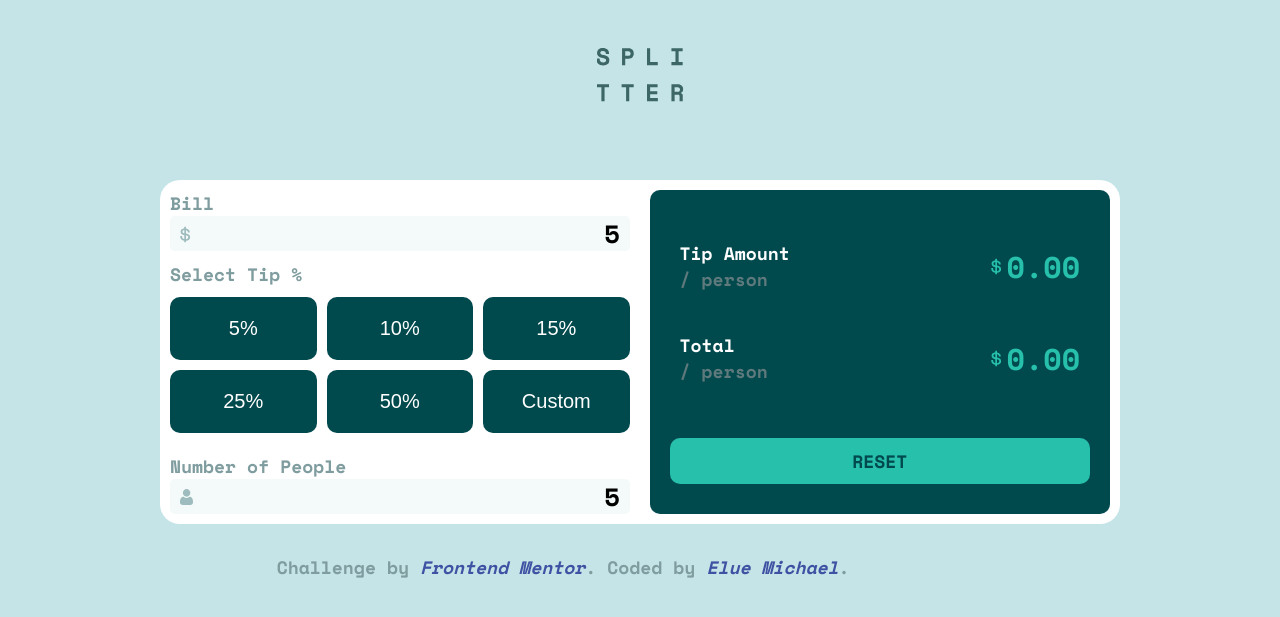
Repository: MeekyBerry/Frontend-Mentor-Challenges
Page: tip-calculator-app/index.html
The author's editor kept a copy of each file at every save. The page is drawn from the files as they stood at one save, then again after the next save.
The browser window is 1280 px wide. The pictures show the whole page.
Empty fields were first filled with sample values (such as "Sample", 5 or name@example.com).
After loading, the first visible `#bill` was changed once.

Above is the page before, as saved 2023-03-28 06:10:37.

### tip-calculator-app/index.html
<!DOCTYPE html>
<html lang="en">

<head>
  <meta charset="UTF-8">
  <meta name="viewport" content="width=device-width, initial-scale=1.0">
  <link rel="icon" type="image/png" sizes="32x32" href="./css/images/favicon-32x32.png">
  <title> Tip calculator app</title>
  <link rel="stylesheet" href="./css/style.css">
  <script src="./script.js" defer></script>
</head>

<body>
  <div class="heading-logo">
    <img src="./css/images/logo.svg" alt="Logo" class="logo">
  </div>

  <form id="form" class="background">
    <div class="first-container">
      <div class="bill-container">
        <label for="bill">Bill</label>
        <input type="number" id="bill" placeholder="0" class="bill-input__img input-bar">
      </div>

      <div class="tip">
        <div>Select Tip %</div>
        <div class="percent-container">
          <button type="button" class="percent five">5%</button>
          <button type="button" class="percent ten">10%</button>
          <button type="button" class="percent fiftheen">15%</button>
          <button type="button" class="percent twenty-five">25%</button>
          <button type="button" class="percent fifty">50%</button>
          <button type="button" class="percent custom" id="cst-btn">Custom</button>
        </div>
      </div <div>
        <div class="people-validate">
      <label for="number">Number of People</label>
      <span id="validate" class="people-zero">Can't be zero</span>
        </div>
      <div class="icon-box">
        <input type="number" id="people" class="people-input__img input-bar" placeholder="0">
      </div>
    </div>
    </div>

    <div class="second-container">
      <div class="amount">
        <p>Tip Amount <span class="person">/ person</span></p>
        <div class="digit">
          <svg xmlns="http://www.w3.org/2000/svg" width="11" height="17">
            <path fill="var(--Strong-cyan)"
              d="M6.016 16.328v-1.464c1.232-.08 2.22-.444 2.964-1.092.744-.648 1.116-1.508 1.116-2.58v-.144c0-.992-.348-1.772-1.044-2.34-.696-.568-1.708-.932-3.036-1.092V4.184c.56.144 1.012.4 1.356.768.344.368.516.816.516 1.344v.288h1.824v-.432c0-.448-.088-.876-.264-1.284a3.783 3.783 0 00-.744-1.116A4.251 4.251 0 007.54 2.9a5.324 5.324 0 00-1.524-.492V.872H4.288V2.36a5.532 5.532 0 00-1.416.324c-.448.168-.84.392-1.176.672-.336.28-.604.616-.804 1.008-.2.392-.3.844-.3 1.356v.144c0 .96.316 1.708.948 2.244.632.536 1.548.884 2.748 1.044v3.912c-.704-.16-1.248-.472-1.632-.936-.384-.464-.576-1.08-.576-1.848v-.288H.256v.576c0 .464.08.924.24 1.38.16.456.404.88.732 1.272.328.392.744.728 1.248 1.008s1.108.476 1.812.588v1.512h1.728zM4.288 7.424c-.688-.128-1.164-.332-1.428-.612-.264-.28-.396-.644-.396-1.092 0-.464.176-.832.528-1.104.352-.272.784-.448 1.296-.528v3.336zm1.728 5.712V9.344c.768.128 1.328.328 1.68.6.352.272.528.688.528 1.248 0 .544-.196.984-.588 1.32-.392.336-.932.544-1.62.624z" />
          </svg>
          <span id="tip-amount" class="amount-span">0.00</span>
        </div>
      </div>

      <div class="amount">
        <p>Total <span class="person">/ person</span></p>
        <div class="digit">
          <svg xmlns="http://www.w3.org/2000/svg" width="11" height="17">
            <path fill="var(--Strong-cyan)"
              d="M6.016 16.328v-1.464c1.232-.08 2.22-.444 2.964-1.092.744-.648 1.116-1.508 1.116-2.58v-.144c0-.992-.348-1.772-1.044-2.34-.696-.568-1.708-.932-3.036-1.092V4.184c.56.144 1.012.4 1.356.768.344.368.516.816.516 1.344v.288h1.824v-.432c0-.448-.088-.876-.264-1.284a3.783 3.783 0 00-.744-1.116A4.251 4.251 0 007.54 2.9a5.324 5.324 0 00-1.524-.492V.872H4.288V2.36a5.532 5.532 0 00-1.416.324c-.448.168-.84.392-1.176.672-.336.28-.604.616-.804 1.008-.2.392-.3.844-.3 1.356v.144c0 .96.316 1.708.948 2.244.632.536 1.548.884 2.748 1.044v3.912c-.704-.16-1.248-.472-1.632-.936-.384-.464-.576-1.08-.576-1.848v-.288H.256v.576c0 .464.08.924.24 1.38.16.456.404.88.732 1.272.328.392.744.728 1.248 1.008s1.108.476 1.812.588v1.512h1.728zM4.288 7.424c-.688-.128-1.164-.332-1.428-.612-.264-.28-.396-.644-.396-1.092 0-.464.176-.832.528-1.104.352-.272.784-.448 1.296-.528v3.336zm1.728 5.712V9.344c.768.128 1.328.328 1.68.6.352.272.528.688.528 1.248 0 .544-.196.984-.588 1.32-.392.336-.932.544-1.62.624z" />
          </svg>
          <span id="total-amount" class="amount-span">0.00</span>
        </div>
      </div>
      <div class="btn-wrapper">
        <button type="reset" id="reset" class="btn">Reset</button>
      </div>
    </div>
  </form>

  <div class="attribution">
    Challenge by <a href="https://www.frontendmentor.io?ref=challenge" target="_blank">Frontend Mentor</a>.
    Coded by <a href="https://www.frontendmentor.io/profile/MeekyBerry" target="_blank">Elue Michael</a>.
  </div>
</body>

</html>

### tip-calculator-app/css/style.css
@import url("https://fonts.googleapis.com/css2?family=Space+Mono:wght@400;700&display=swap");

:root {
  /* ### Primary */
  --Strong-cyan: hsl(172, 67%, 45%);
  /* ### Neutral */
  --Very-dark-cyan: hsl(183, 100%, 15%);
  --Dark-grayish-cyan: hsl(186, 14%, 43%);
  --Grayish-cyan: hsl(184, 14%, 56%);
  --Light-grayish-cyan: hsl(185, 41%, 84%);
  --Very-light-grayish-cyan: hsl(189, 41%, 97%);
  --White: hsl(0, 0%, 100%);
  --dark-blue: hsl(228, 45%, 44%);
}

html {
  font-size: 50%;
}

*,
::before,
::after {
  margin: 0;
  padding: 0;
  box-sizing: border-box;
}

body {
  font-size: 1.8rem;
  font-family: "Space Mono", sans-serif;
  font-weight: 700;
  background-color: var(--Light-grayish-cyan);
  color: var(--Grayish-cyan);
  height: 100%;
  width: 100%;
}

.heading-logo {
  height: 15rem;
  width: 100%;
  position: relative;
}

.logo {
  position: absolute;
  top: 50%;
  left: 50%;
  transform: translate(-50%, -50%);
}

.background {
  display: flex;
  flex-direction: column;
  justify-content: space-around;
  background-color: var(--White);
  height: 80rem;
  width: 90%;
  border-radius: 2rem;
  padding: 0 2rem;
  margin: 0 auto;
}

.people-validate {
  display: flex;
  justify-content: space-between;
  align-items: center;
}

.people-zero {
  color: red;
  font-size: 1.5rem;
  font-weight: 400;
  display: none;
}

label {
  display: block;
}

.input-bar {
  display: flex;
  justify-content: space-between;
  align-items: center;
  width: 100%;
  height: 3.5rem;
  border: none;
  border-radius: .5rem;
  font-size: 2.5rem;
  font-family: "Space Mono", sans-serif;
  font-weight: 700;
  text-align: end;
  padding: 0 1rem 0 3rem;
}

.input-bar:focus {
  outline-color: var(--Strong-cyan);
}

.bill-input__img {
  background: url(../css/images/icon-dollar.svg) no-repeat var(--Very-light-grayish-cyan) 1rem 1rem;
  padding: 0 1rem 0 3rem;
}

.people-input__img {
  background: url(../css/images/icon-person.svg) no-repeat var(--Very-light-grayish-cyan) 1rem 1rem;
  padding: 0 1rem 0 3rem;
}

/* Remove Arrows/Spinners ON INPUT */
input::-webkit-outer-spin-button,
input::-webkit-inner-spin-button {
  -webkit-appearance: none;
}

/* Firefox */
input[type="number"] {
  -moz-appearance: textfield;
}

.tip {
  padding: 1rem 0;
}

.percent-container {
  display: grid;
  grid-template-columns: repeat(2, 1fr);
  grid-template-rows: repeat(3, 1fr);
  grid-template-areas:
    "five ten"
    "fiftheen twentyFive"
    "fifty custom";
  gap: 1rem;
  padding: 1rem 0;
}

.percent {
  background-color: var(--Very-dark-cyan);
  color: var(--White);
  text-align: center;
  padding: 2rem;
  border-radius: 1rem;
  border: none;
  font-size: 2rem;
  width: 100%;
}

.percent:active {
  background-color: var(--Strong-cyan);
  color: var(--Very-dark-cyan);
  font-weight: 700;
}

.five {
  grid-area: five;
}

.ten {
  grid-area: ten;
}

.fiftheen {
  grid-area: fiftheen;
}

.twenty-five {
  grid-area: twentyFive;
}

.fifty {
  grid-area: fifty;
}

.custom {
  grid-area: custom;
}

.custom-input {
  background-color: var(--Very-light-grayish-cyan);
  color: var(--Very-dark-cyan);
  border: none;
  border-radius: 1rem;
  padding: 0 2rem;
  font-size: 2rem;
  font-weight: 700;
  text-align: end;
  width: 100%;
  height: 100%;
}

.custom-input:focus {
  outline-color: var(--Strong-cyan);
}

.second-container {
  background-color: var(--Very-dark-cyan);
  border-radius: 1rem;
  padding: 3rem 2rem;
}

.amount {
  display: flex;
  justify-content: space-between;
  padding: 2rem 1rem;
}

p {
  color: var(--White);
}

.person {
  display: block;
  font-size: 1.8rem;
  color: var(--Dark-grayish-cyan);
}

.digit {
  display: flex;
  align-items: center;
  justify-content: center;
  gap: .5rem;
}

.amount-span {
  font-size: 3rem;
  color: var(--Strong-cyan);
}

.btn {
  width: 100%;
  padding: 1rem;
  background-color: var(--Dark-grayish-cyan);
  color: var(--Very-dark-cyan);
  border: none;
  border-radius: 1rem;
  text-transform: uppercase;
  font-size: 1.8rem;
  font-weight: 700;
  font-family: "Space Mono", sans-serif;
  -webkit-border-radius: 1rem;
  -moz-border-radius: 1rem;
  -ms-border-radius: 1rem;
  -o-border-radius: 1rem;
}

.attribution {
  font-size: 1.8rem;
  text-align: center;
  width: 88%;
}

.attribution a {
  color: var(--dark-blue);
  text-decoration: none;
  font-style: italic;
}

@media only screen and (min-width: 1000px) {
  html {
    font-size: 62.5%;
  }

  .background {
    width: 75%;
    height: 75%;
    margin: 3rem auto;
    flex-direction: row;
    gap: 2rem;
    padding: 1rem;
  }

  .first-container {
    display: flex;
    flex-direction: column;
    justify-content: space-around;
    width: 50%;
  }

  .percent-container {
    grid-template-columns: repeat(3, 1fr);
    grid-template-rows: repeat(2, 1fr);
    grid-template-areas:
      "five ten fiftheen"
      "twentyFive fifty custom";
  }

  .second-container {
    display: flex;
    flex-direction: column;
    width: 50%;
  }

  .btn-wrapper {
    margin-top: auto;
  }
}

### tip-calculator-app/script.js
// 1. Get the bill amount from the input field
const billInput = document.getElementById('bill');
// 2. Get the tip percentage from the Button array
const tipButtons = document.querySelectorAll('.percent');
// 2.1. The percentage array contains a Custom button which toggles to input field when clicked
const customButton = document.querySelector('.custom');
// 2.2. Get the custom percentage from the input field
const customInput = document.createElement('input');
// Add style class to created customInput element
customInput.classList.add('custom-input');
// 3. Get the number of people from the input field
const peopleInput = document.getElementById('people')
// 4. Calculate the tip amount per person;
const tipAmountSpan = document.getElementById('tip-amount');
// 5. Calculate the total cost per person
const totalAmountSpan = document.getElementById('total-amount');
// 6. Display the tip amount per person
const resetButton = document.getElementById('reset');
const validatePeople = document.getElementById('validate');
const resetBtn = document.querySelector('.btn');


let bill = 0;
let tipPercentage = 0;
let customPercentage = 0;
let people = 0;

let inputPeople = false;
let error = true;

billInput.addEventListener('input', () => {
    bill = Number(billInput.value);
    calculateTip();
    disableReset();
});


peopleInput.addEventListener('input', () => {
    if (peopleInput.value === '0') {
        validatePeople.style.display = "block"
        peopleInput.style.outlineColor = "red"
    }
    people = Number(peopleInput.value);
    calculateTip();
    disableReset();
});

// add event listeners for tip buttons
tipButtons.forEach(button => {
    button.addEventListener('click', () => {
        if (button.classList.contains('custom')) {
            customInput.type = 'number';
            customInput.min = 1;
            customInput.value = '';
            customInput.classList.add('custom-input');
            button.parentNode.replaceChild(customInput, button);
            customInput.focus();
        } else {
            tipPercentage = Number(button.textContent.replace('%', ''));
            calculateTip();
        }
    });
});

// add event listener for custom input
customInput.addEventListener('input', () => {
    customPercentage = Number(customInput.value);
    calculateTip();
});

// add event listener for reset button
resetButton.addEventListener('click', () => {
    billInput.value = '';
    peopleInput.value = '';
    tipAmountSpan.textContent = '0.00';
    totalAmountSpan.textContent = '0.00';
    bill = 0;
    tipPercentage = 0;
    customPercentage = 0
    people = 0;
    customInput.parentNode.replaceChild(customButton, customInput);
    resetButton.disabled = true;
    resetButton.style.backgroundColor = 'hsl(186, 14%, 43%)';
});

// Add a function which disables the reset button and sets its color to dark grey when there is no input in the bill or people fields
const disableReset = () => {
    if (!billInput.value.trim() === "" || !peopleInput.value.trim() === ""){
      resetButton.disabled = true;
      resetButton.style.backgroundColor = 'hsl(186, 14%, 43%)';
    } else {
      resetButton.disabled = false;
      resetButton.style.backgroundColor = 'hsl(172, 67%, 45%)';
    }
  }

// calculate tip and total amount
const calculateTip = () => {
    if (people > 0) {
        inputPeople = true;
        let tip = (bill * (tipPercentage + customPercentage)) / 100;
        let total = bill + tip;
        let tipPerPerson = tip / people;
        let totalPerPerson = total / people;
        tipAmountSpan.textContent = `${tipPerPerson.toFixed(2)}`;
        totalAmountSpan.textContent = `${totalPerPerson.toFixed(2)}`;
        disableReset();
    }
};




// const BILL = document.querySelector('.bill-input');
// const TIP_PERCENT = document.querySelectorAll('.percent');
// const PEOPLE = document.querySelector('.number-input');
// const TOTAL_BILL = document.getElementById('total');
// const TIP_AMOUNT = document.getElementById('tip-amount');
// const CUSTOM = document.querySelector('.custom');
// const CUSTOM_BUTTON = document.getElementById('cst-btn')
// const CUSTOM_INPUT = document.getElementById('cst-input')
// const RESET = document.getElementById('reset');

// let billValue;
// let person;
// let customValue;
// let custom = 0;

// let myArray = [5, 10, 15, 25, 50, custom];
// let tipAmount = 0;

// let error = true;
// let inputPeople = false;

// const calculateHandler = () => {
//     if (inputPeople) {
//         let amount = (billValue + tipAmount) / person;
//         TOTAL_BILL.textContent = `${amount.toFixed(2)}`;
//     }
// };

// BILL.addEventListener('change', () => {
//     error = !error;
//     billValue = parseFloat(BILL.value);
//     TIP_PERCENT.forEach((el, idx) => {
//         let percent = myArray[idx];
//         el.addEventListener('click', (e) => {
//             let target = e.target;
//             if (target.classList.contains('percent')) {
//                 let percent = parseFloat(target.textContent);
//                 if (isNaN(percent)) {
//                     percent = customValue;
//                 } else {
//                     customValue = 0;
//                 }
//                 // if (CUSTOM.firstElementChild === CUSTOM_INPUT && idx === 5) {
//                 //     CUSTOM_INPUT.addEventListener('change', () => {
//                 //         customValue = parseFloat(CUSTOM_INPUT.value);
//                 //         tipAmount = CUSTOM_INPUT.value * (percent / 100);
//                 //         TIP_AMOUNT.textContent = `${tipAmount.toFixed(2)}`;
//                 //         calculateHandler();
//                 //     })
//                 // }
//                 tipAmount = billValue * (percent / 100);
//                 TIP_AMOUNT.textContent = `${tipAmount.toFixed(2)}`;
//                 calculateHandler();
//             }
//         });
//     });
// });


//     // billValue = +BILL.value;
//     // TIP_PERCENT.forEach((el, idx) => {
//     //     let percent = myArray[idx];
//     //     el.addEventListener('click', () => {
//     //         if (CUSTOM.firstElementChild === CUSTOM_INPUT && idx === 5) {
//     //             CUSTOM_INPUT.addEventListener('change', () => {
//     //                 customValue = +CUSTOM_INPUT.value;
//     //                 tipAmount = CUSTOM_INPUT.value * (+percent / 100);
//     //                 TIP_AMOUNT.textContent = `${tipAmount.toFixed(2)}`;
//     //                 calculateHandler();
//     //             })
//     //         }
//     //         tipAmount = BILL.value * (+percent / 100);
//     //         TIP_AMOUNT.textContent = `${tipAmount}`;
//     //         calculateHandler();
//     //     });
//     // });

// // TIP_PERCENT.addEventListener('click', (e) => {
// //     let target = e.target;
// //     if (target.classList.contains('percent')) {
// //       let percent = parseFloat(target.textContent);
// //       if (isNaN(percent)) {
// //         percent = customValue;
// //       } else {
// //         customValue = 0;
// //       }
// //       tipAmount = billValue * (percent / 100);
// //       TIP_AMOUNT.textContent = `${tipAmount.toFixed(2)}`;
// //       calculateHandler();
// //     }
// //   });


// PEOPLE.addEventListener('input', () => {
//     // inputPeople = !inputPeople;
//     // person = +PEOPLE.value;
//     // if (!error) {
//     //     calculateHandler();
//     // }
//  inputPeople = true;
//   person = parseFloat(PEOPLE.value);
//   if (!error && person > 0) {
//     calculateHandler();
//   } else {
//     TOTAL_BILL.textContent = '0.00';
//   }
// });

// CUSTOM.addEventListener('click', () => {
//     // if (CUSTOM.firstElementChild === CUSTOM_BUTTON) {
//     //     CUSTOM.innerHTML = `<input type="number" id="cst-input" class="percent cst" />`
//     // }
//     if (CUSTOM.firstElementChild === CUSTOM_BUTTON) {
//         // CUSTOM.innerHTML = `<input type="number" id="cst-input" class="percent cst" />`
//         CUSTOM.innerHTML = `<input type="number" class="percent cst" />`;
//         CUSTOM_INPUT.addEventListener('change', () => {
//           customValue = parseFloat(CUSTOM_INPUT.value);
//           TIP_PERCENT.lastElementChild.textContent = `${customValue}%`;
//           tipAmount = billValue * (customValue / 100);
//           TIP_AMOUNT.textContent = `${tipAmount.toFixed(2)}`;
//           calculateHandler();

//         });
//       }
// })

// RESET.addEventListener('click', () => {
//     // BILL.value = '';
//     // PEOPLE.value = '';
//     // TIP_AMOUNT.textContent = '0.00';
//     // TOTAL_BILL.textContent = '0.00';
//     CUSTOM.innerHTML = `<button id="cst-btn" class="percent cst">Custom</button>`;
//     BILL.value = '';
//     PEOPLE.value = '';
//     TIP_AMOUNT.textContent = '0.00';
//     TOTAL_BILL.textContent = '0.00';
//     inputPeople = false;
//     customValue = 0;
//     tipAmount = 0;
// });

After the next save:
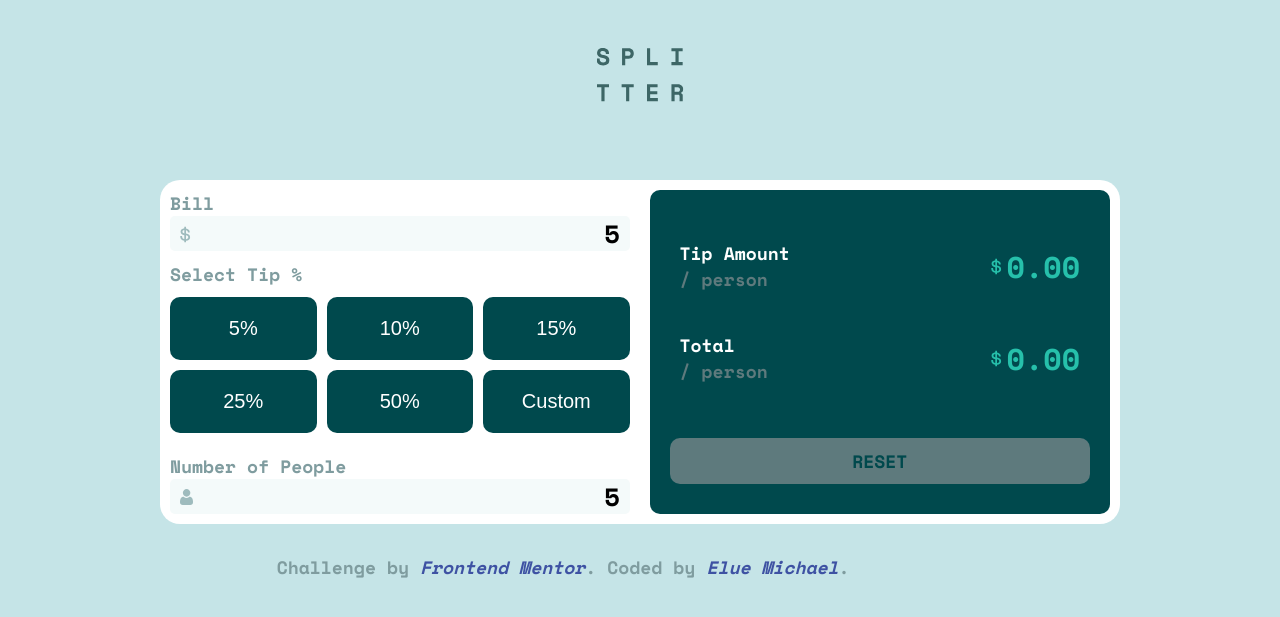
Saved 2 min 12 s later.
--- a/tip-calculator-app/script.js
+++ b/tip-calculator-app/script.js
@@ -85,7 +85,7 @@
 
 // Add a function which disables the reset button and sets its color to dark grey when there is no input in the bill or people fields
 const disableReset = () => {
-    if (!billInput.value.trim() === "" || !peopleInput.value.trim() === ""){
+    if (billInput.value === "" || peopleInput.value === ""){
       resetButton.disabled = true;
       resetButton.style.backgroundColor = 'hsl(186, 14%, 43%)';
     } else {

After the save that followed:
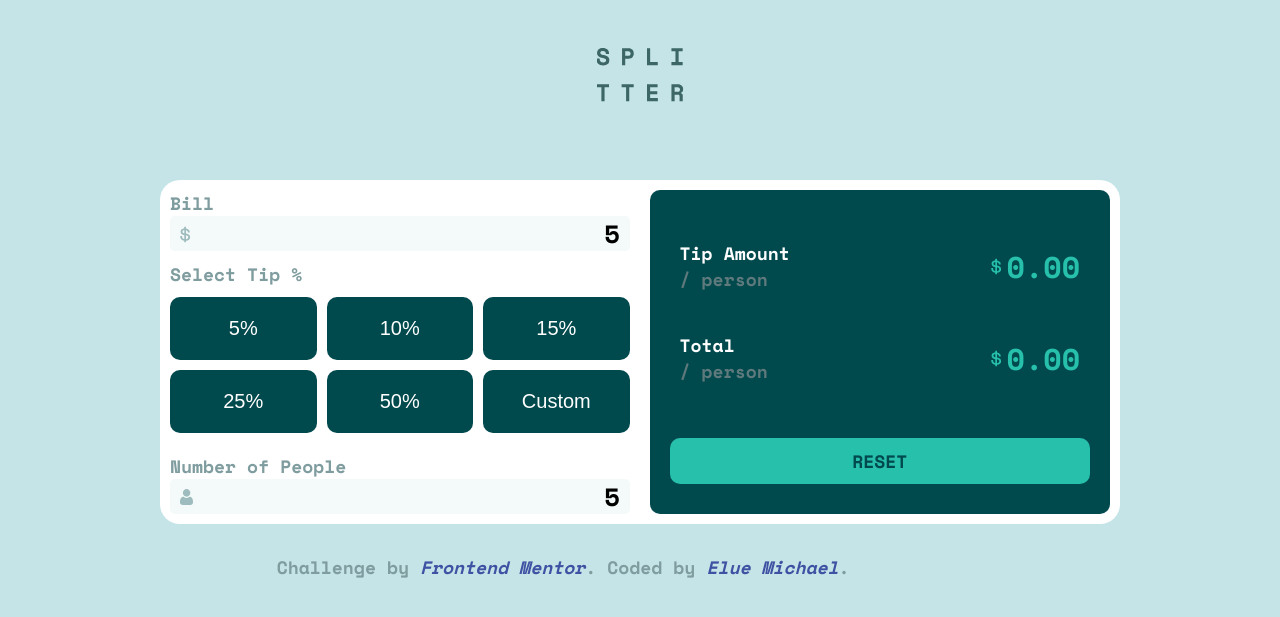
Saved 68 s later.
--- a/tip-calculator-app/script.js
+++ b/tip-calculator-app/script.js
@@ -85,7 +85,7 @@
 
 // Add a function which disables the reset button and sets its color to dark grey when there is no input in the bill or people fields
 const disableReset = () => {
-    if (billInput.value === "" || peopleInput.value === ""){
+    if (!billInput.value === "" || !peopleInput.value === ""){
       resetButton.disabled = true;
       resetButton.style.backgroundColor = 'hsl(186, 14%, 43%)';
     } else {
